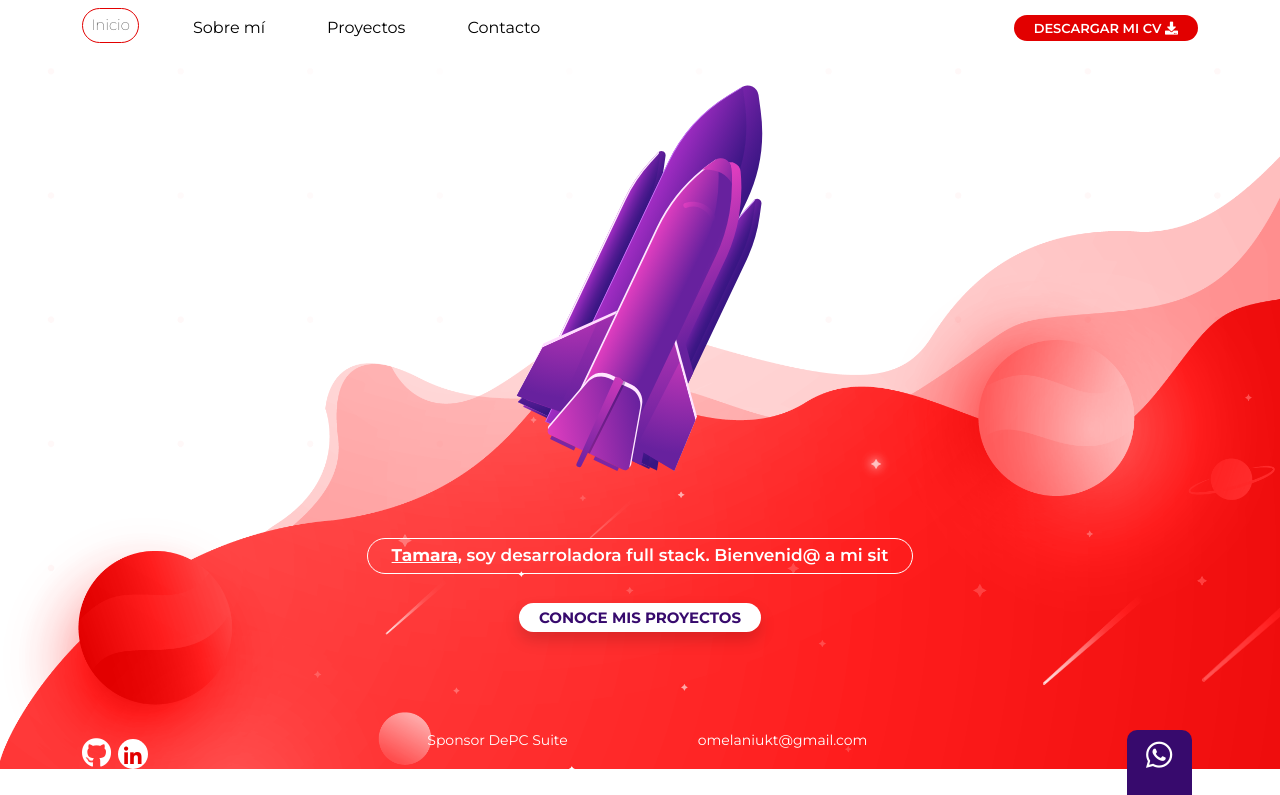
Repository: tamara-o1995/Portafolio
Page: http://localhost/php/
An editor plug-in stored every save of this project. The page is shown before and after the next save, followed by the edit.
The browser window is 1280 px wide. The pictures show the whole page.
Some web libraries are served in a nearby version. The page is run by PHP 8.4 with error messages shown; the project is at /var/www/html/.

Above is the page before, as saved 2021-07-23 17:01:25.
Not found: js/my.js

After the next save:
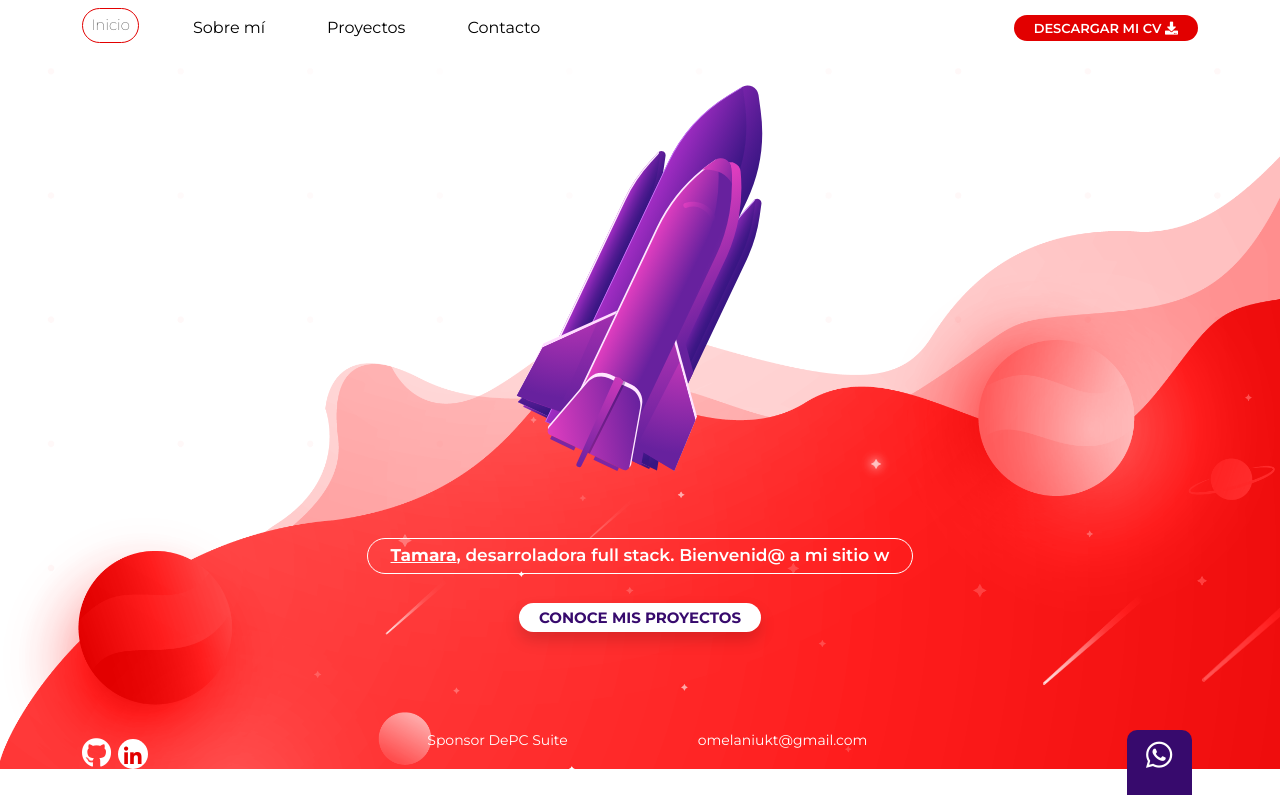
Saved 67 days later.
--- a/index.php
+++ b/index.php
@@ -58,7 +58,7 @@
 </html>
 <script>
     var i = 0;
-    var txt = ", soy desarroladora full stack. Bienvenid@ a mi sitio web.";
+    var txt = ", desarroladora full stack. Bienvenid@ a mi sitio web.";
     var speed = 100;
 
 
